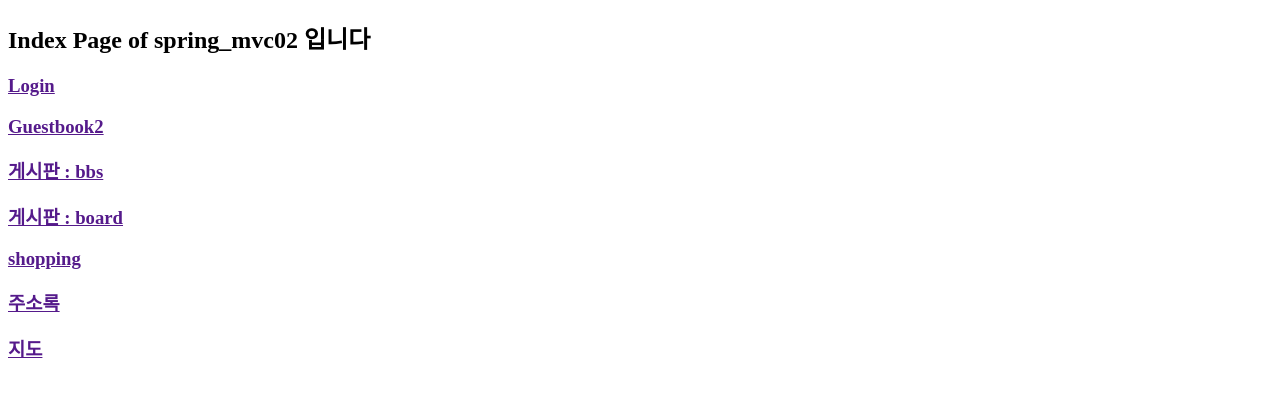
Repository: Koran1/springmvcstudy
Page: http://localhost/spring_mvc02/WEB-INF/views/index.jsp
The author's editor kept a copy of each file at every save. The page is drawn from the files as they stood at one save, then again after the next save.
The browser window is 1280 px wide. The pictures show the whole page.
The page is served by Tomcat 9. Nobody is signed in. Other server files are loaded and not shown. The template is opened directly, without the code that normally fills it, so the values that code supplies are empty.

Above is the page before, as saved 2024-10-22 04:01:12.

### spring_mvc02/src/main/webapp/WEB-INF/views/index.jsp
<%@ page language="java" contentType="text/html; charset=UTF-8"
    pageEncoding="UTF-8"%>
<!DOCTYPE html>
<html>
<head>
<meta charset="UTF-8">
<title>Index</title>
</head>
<body>
	<h2>Index Page of spring_mvc02 입니다</h2>
	<h3><a href="">Login</a></h3>
	<h3><a href="">Guestbook2</a></h3>
	<h3><a href="">게시판 : bbs</a></h3>
	<h3><a href="">게시판 : board</a></h3>
	<h3><a href="">shopping</a></h3>
	<h3><a href="">주소록</a></h3>
	<h3><a href="">지도</a></h3>


</body>
</html>

After the next save:
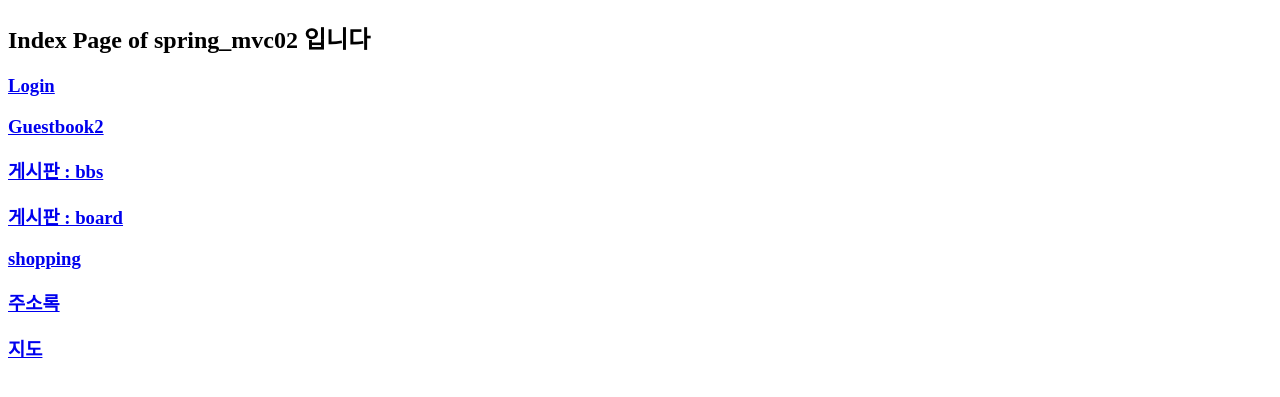
Saved 10 s later.
--- a/spring_mvc02/src/main/webapp/WEB-INF/views/index.jsp
+++ b/spring_mvc02/src/main/webapp/WEB-INF/views/index.jsp
@@ -8,13 +8,13 @@
 </head>
 <body>
 	<h2>Index Page of spring_mvc02 입니다</h2>
-	<h3><a href="">Login</a></h3>
-	<h3><a href="">Guestbook2</a></h3>
-	<h3><a href="">게시판 : bbs</a></h3>
-	<h3><a href="">게시판 : board</a></h3>
-	<h3><a href="">shopping</a></h3>
-	<h3><a href="">주소록</a></h3>
-	<h3><a href="">지도</a></h3>
+	<h3><a href="#">Login</a></h3>
+	<h3><a href="#">Guestbook2</a></h3>
+	<h3><a href="#">게시판 : bbs</a></h3>
+	<h3><a href="#">게시판 : board</a></h3>
+	<h3><a href="#">shopping</a></h3>
+	<h3><a href="#">주소록</a></h3>
+	<h3><a href="#">지도</a></h3>
 
 
 </body>
